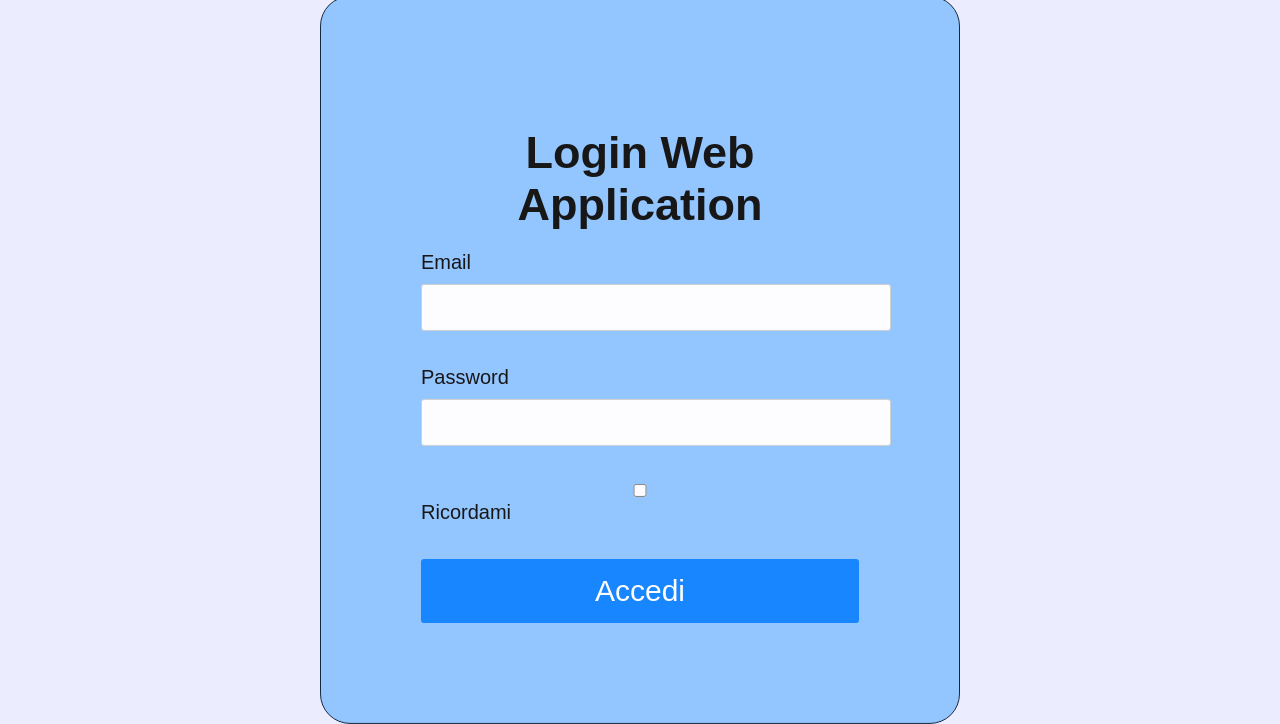
Repository: GabrielCellammare/WebApplication-SA-CyberSecurity
Page: http://localhost/WebProject-CellammareGabriel_ApplicationSecurity_/userNotLogged/login.jsp
These files come from the project's save history. The page is drawn as it stood at one moment and after the next save; the edit follows.
The browser window is 1280 px wide. The pictures show the whole page.
The page is served by Tomcat 9. Nobody is signed in. The application's start-up code is not run.

Above is the page before, as saved 2024-01-15 07:30:17.

After the next save:
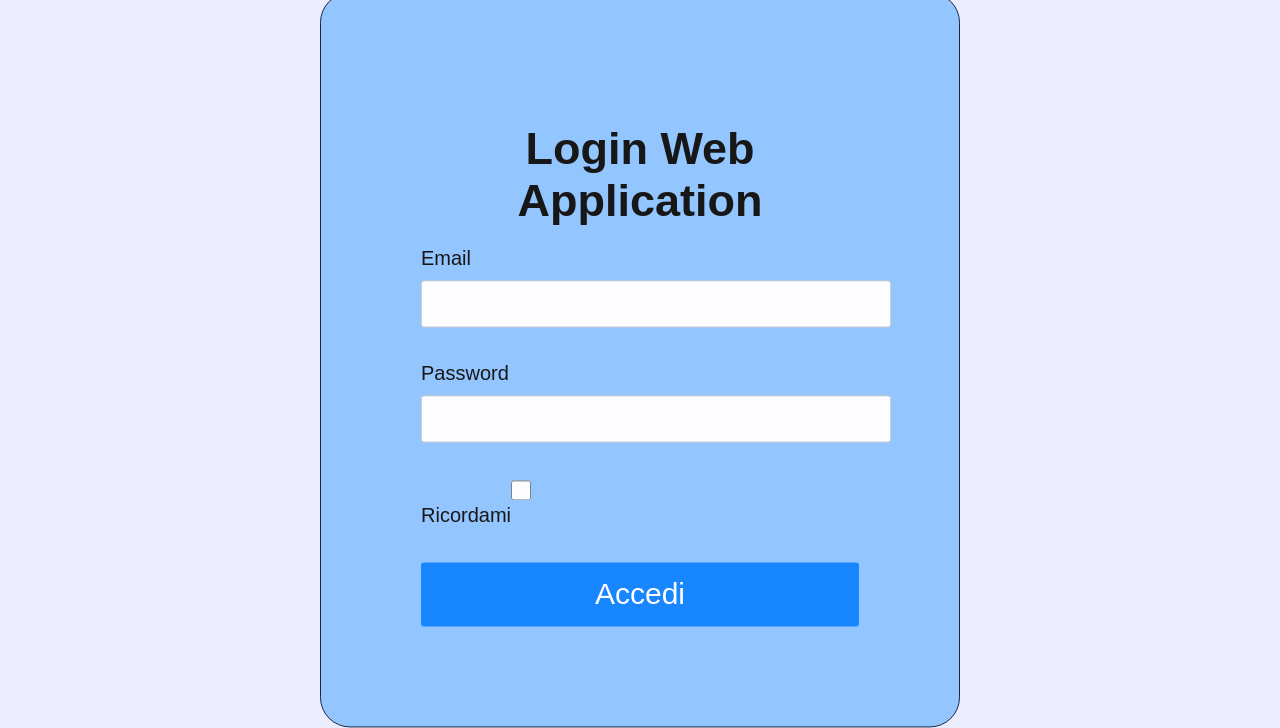
Saved 95 s later.
--- a/WebProject-CellammareGabriel(ApplicationSecurity)/WebContent/WEB-INF/css/styleLogin.css
+++ b/WebProject-CellammareGabriel(ApplicationSecurity)/WebContent/WEB-INF/css/styleLogin.css
@@ -51,6 +51,9 @@ input {
 }
 
 input[type="checkbox"] {
+	width: 200px;
+  height: 20px;
+  margin-left: 0;
   margin-left: 0;
 }
 
